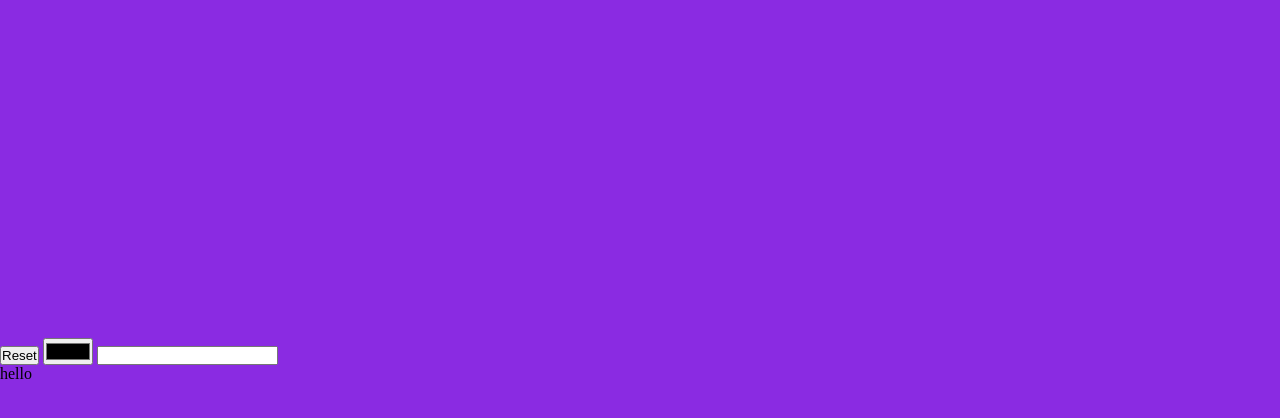
Repository: Larrowo/Challenges
Page: Pixel-Art/index.html
These files come from the project's save history. The page is drawn as it stood at one moment and after a run of saves; the edit follows.
The browser window is 1280 px wide. The pictures show the whole page.

Above is the page before, as saved 2022-04-20 12:14:32.

After the next 2 saves:
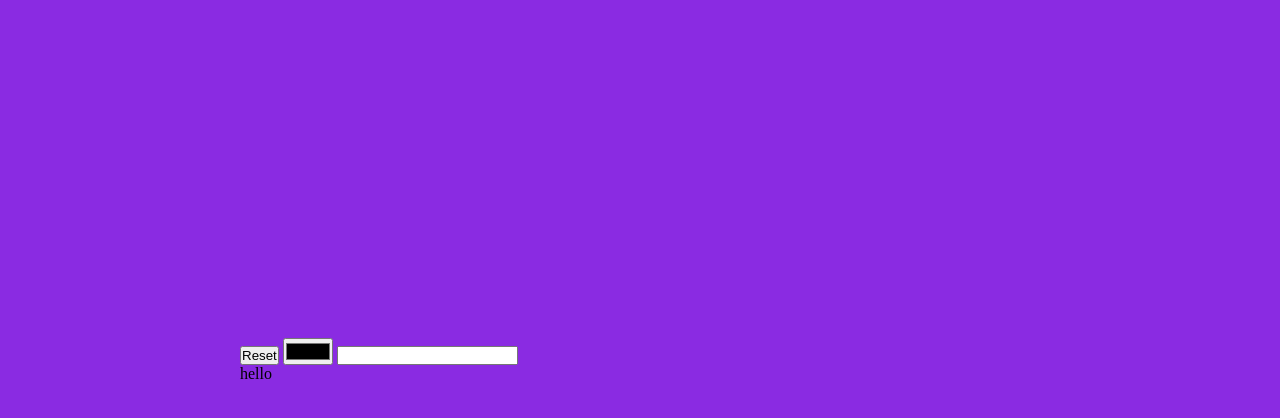
The 2 saves are shown as one change because they came seconds apart.
The last was saved 6 s later.
--- a/Pixel-Art/style.css
+++ b/Pixel-Art/style.css
@@ -18,7 +18,7 @@ body{
 
 .navbar, .container{
     background-color:rgba(28,28,29,);
-    width: 100%;
+    width: 800px;
     border-radius: 3px;
 }
 
